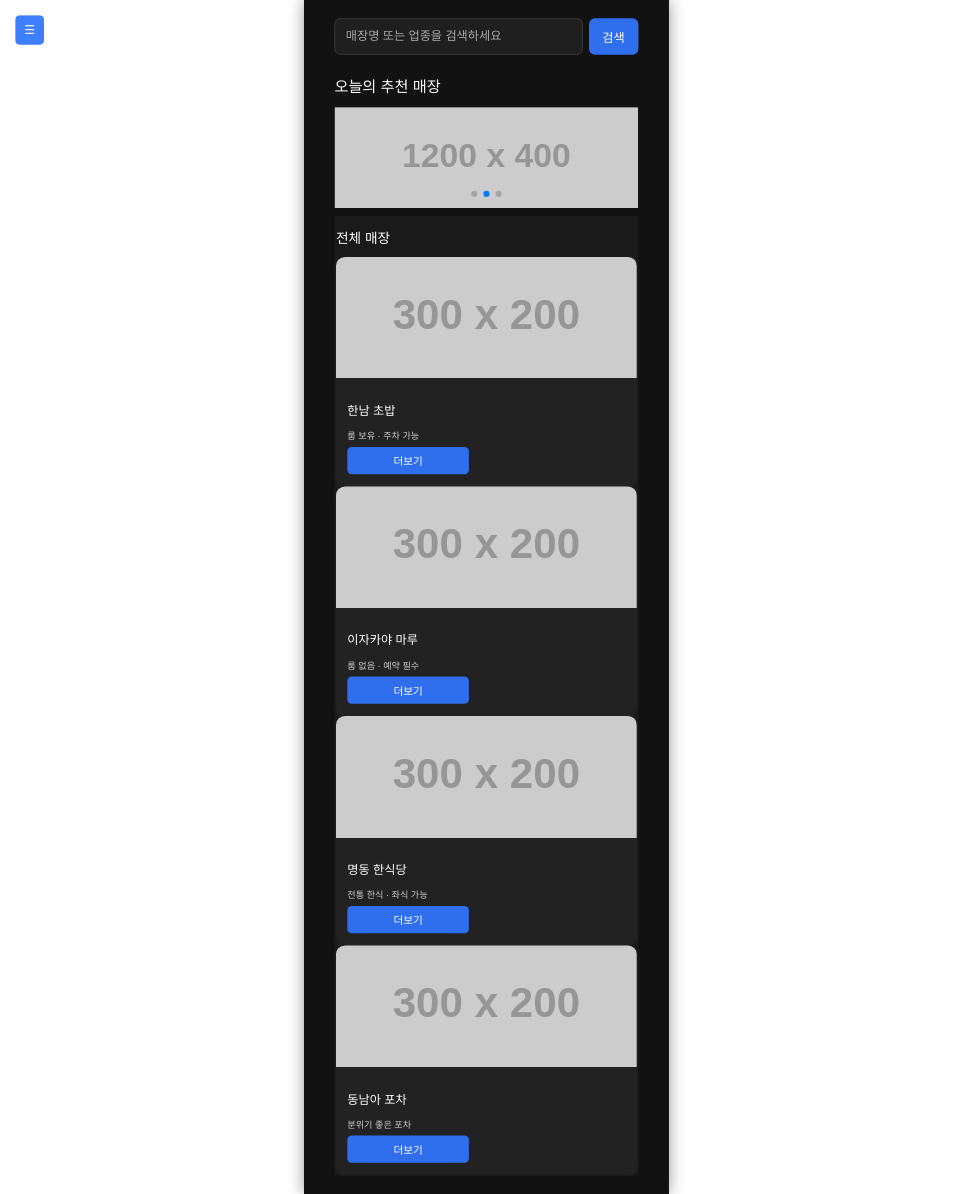
Repository: noiredex/Choplan-API
Page: / (app in choplan/frontend_main/)
These files come from the project's save history. The page is drawn as it stood at one moment and after the next save; the edit follows.
The browser window is 1280 px wide. The pictures show the whole page, at 76% of full size.
The project was rebuilt for these pictures with package versions that can differ from the ones it lists, and the page was loaded fresh each time. Also part of the build but not shown: choplan/frontend_main/vite.config.js, choplan/frontend_main/vite.config.ts, choplan/frontend_main/src/styles/StoreDetailPage.css, choplan/frontend_main/src/pages/StoreDetailPage.jsx.

Above is the page before, as saved 2025-10-29 10:33:24.

### choplan/frontend_main/index.html
<!doctype html>
<html lang="en">
  <head>
    <meta charset="UTF-8" />
    <link rel="icon" type="image/svg+xml" href="/vite.svg" />
    <meta name="viewport" content="width=device-width, initial-scale=1.0" />
    <title>frontend_main</title>
  </head>
  <body>
    <div id="root"></div>
    <script type="module" src="/src/main.jsx"></script>
  </body>
</html>

### choplan/frontend_main/src/App.jsx
import { Routes, Route } from "react-router-dom";
import HomePage from "./pages/HomePage";
import StoreDetailPage from "./pages/StoreDetailPage";
import "./App.css";

export default function App() {
  return (
    <Routes>
      <Route path="/" element={<HomePage />} />
      <Route path="/store/:id" element={<StoreDetailPage />} />
    </Routes>
  );
}

### choplan/frontend_main/src/pages/Homepage.jsx
import React, { useState } from "react";
import Sidebar from "../components/common/Sidebar";
import SearchBar from "../components/home/SearchBar";
import BannerSlider from "../components/home/BannerSlider";
import RecommendedStores from "../components/home/RecommendedStores";
import "../styles/HomePage.css";

export default function HomePage() {
  const [selectedCategory, setSelectedCategory] = useState("전체");
  const [searchQuery, setSearchQuery] = useState("");

  return (
    <div className="home-container">
      {/* 사이드바 */}
      <Sidebar
        selectedCategory={selectedCategory}
        onSelectCategory={setSelectedCategory}
        searchQuery={searchQuery}
      />

      {/* 메인 콘텐츠 */}
      <div className="main-content">
        <SearchBar onSearch={setSearchQuery} />

        {/* 추천 배너 */}
        <section className="banner-section">
          <h2>오늘의 추천 매장</h2>
          <BannerSlider />
        </section>

        {/* 매장 목록 */}
        <section className="store-section">
          <RecommendedStores
            category={selectedCategory}
            searchQuery={searchQuery}
          />
        </section>
      </div>
    </div>
  );
}

### choplan/frontend_main/src/App.css
/* ==============================
   App.css — 전역 스타일
   ============================== */

/* 기본 페이지 레이아웃 */
html, body {
  margin: 0;
  padding: 0;
  background-color: #181818; /* Soft Charcoal */
  color: #E0E0E0;
  font-family: 'Noto Sans KR', sans-serif;
  display: flex;
  justify-content: center;
}

/* 전체 앱을 중앙에 고정 (모바일 480px 기준) */
#root {
  width: 100%;
  max-width: 480px;
  min-height: 100vh;
  background-color: #1E1E1E;
  box-shadow: 0 0 20px rgba(0, 0, 0, 0.4);
  overflow-x: hidden;
  position: relative;
}

/* 스크롤바 다크모드 스타일 */
::-webkit-scrollbar {
  width: 6px;
}
::-webkit-scrollbar-track {
  background: #1a1a1a;
}
::-webkit-scrollbar-thumb {
  background: #444;
  border-radius: 4px;
}
::-webkit-scrollbar-thumb:hover {
  background: #555;
}

/* 공통 버튼 스타일 */
button {
  background-color: #3D7FFF;
  color: white;
  border: none;
  border-radius: 8px;
  padding: 10px 16px;
  cursor: pointer;
  transition: background-color 0.2s ease;
}
button:hover {
  background-color: #5596FF;
}

/* 링크 */
a {
  text-decoration: none;
  color: inherit;
}

### choplan/frontend_main/src/components/common/Sidebar.jsx
import React, { useState, useEffect } from "react";
import "../../styles/Sidebar.css";

export default function Sidebar({ selectedCategory, onSelectCategory, searchQuery }) {
  const [isOpen, setIsOpen] = useState(false);

  const categories = [
    "전체",
    "이자카야",
    "초밥",
    "한식",
    "양식",
    "중식",
    "동남아",
    "인도",
    "기타",
  ];

  // 검색어에 따라 자동 카테고리 선택
  useEffect(() => {
    if (searchQuery && searchQuery.trim() !== "") {
      const matched = categories.find((cat) => searchQuery.includes(cat));
      if (matched) onSelectCategory(matched);
    }
  }, [searchQuery]);

  return (
    <>
      {/* 햄버거 버튼 (항상 노출) */}
      <button
        className="sidebar-toggle"
        onClick={() => setIsOpen(!isOpen)}
        aria-label="메뉴 열기"
      >
        ☰
      </button>

      {/* 오버레이 (열릴 때만) */}
      {isOpen && <div className="overlay" onClick={() => setIsOpen(false)}></div>}

      {/* 세로형 사이드바 */}
      <aside className={`sidebar ${isOpen ? "open" : ""}`}>
        <ul className="sidebar-list">
          {categories.map((category, index) => (
            <li
              key={index}
              className={selectedCategory === category ? "active" : ""}
              onClick={() => {
                onSelectCategory(category);
                setIsOpen(false);
              }}
            >
              {category}
            </li>
          ))}
        </ul>
      </aside>
    </>
  );
}

### choplan/frontend_main/src/components/home/SearchBar.jsx
import React, { useState } from "react";
import "../../styles/SearchBar.css";

export default function SearchBar({ onSearch }) {
  const [query, setQuery] = useState("");

  const handleInputChange = (e) => {
    setQuery(e.target.value);
  };

  const handleSearch = (e) => {
    e.preventDefault();
    onSearch(query);
  };

  return (
    <form className="search-bar" onSubmit={handleSearch}>
      <input
        type="text"
        placeholder="매장명 또는 업종을 검색하세요"
        value={query}
        onChange={handleInputChange}
      />
      <button type="submit">검색</button>
    </form>
  );
}

### choplan/frontend_main/src/components/home/BannerSlider.jsx
import React from "react";
import { Swiper, SwiperSlide } from "swiper/react";
import { Autoplay, Pagination } from "swiper/modules";
import "swiper/css";
import "swiper/css/pagination";
import "../../styles/BannerSlider.css";

export default function BannerSlider() {
  const banners = [
    {
      id: 1,
      img: "https://placehold.co/1200x400/007bff/ffffff?text=오늘의+추천매장+1",
      alt: "추천 매장 1",
    },
    {
      id: 2,
      img: "https://placehold.co/1200x400/f07b00/ffffff?text=오늘의+추천매장+2",
      alt: "추천 매장 2",
    },
    {
      id: 3,
      img: "https://placehold.co/1200x400/008c4a/ffffff?text=오늘의+추천매장+3",
      alt: "추천 매장 3",
    },
  ];

  return (
    <div className="banner-slider-container">
      <Swiper
        modules={[Autoplay, Pagination]}
        pagination={{ clickable: true }}
        autoplay={{ delay: 4000, disableOnInteraction: false }}
        loop={true}
        spaceBetween={0}
        slidesPerView={1}
        className="banner-swiper"
      >
        {banners.map((banner) => (
          <SwiperSlide key={banner.id}>
            <img
              src={banner.img}
              alt={banner.alt}
              className="banner-image"
            />
          </SwiperSlide>
        ))}
      </Swiper>
    </div>
  );
}

### choplan/frontend_main/src/components/home/RecommendedStores.jsx
import React, { useEffect, useState } from "react";
import { useNavigate } from "react-router-dom";
import "../../styles/RecommendedStores.css";

export default function RecommendedStores({ category, searchQuery }) {
  const [stores, setStores] = useState([]);
  const navigate = useNavigate(); // 페이지 이동 훅

  // 예시 데이터 (실제 API 연결 시 이 부분 대체)
  const allStores = [
    { id: 1, name: "한남 초밥", category: "초밥", desc: "룸 보유 · 주차 가능", img: "https://placehold.co/300x200" },
    { id: 2, name: "이자카야 마루", category: "이자카야", desc: "룸 없음 · 예약 필수", img: "https://placehold.co/300x200" },
    { id: 3, name: "명동 한식당", category: "한식", desc: "전통 한식 · 좌식 가능", img: "https://placehold.co/300x200" },
    { id: 4, name: "동남아 포차", category: "동남아", desc: "분위기 좋은 포차", img: "https://placehold.co/300x200" },
  ];

  useEffect(() => {
    let filtered = allStores;

    // 검색어 반영
    if (searchQuery) {
      filtered = filtered.filter((store) =>
        store.name.toLowerCase().includes(searchQuery.toLowerCase())
      );
    }

    // 카테고리 반영
    if (category && category !== "전체") {
      filtered = filtered.filter((store) => store.category === category);
    }

    setStores(filtered);
  }, [category, searchQuery]);

  return (
    <div className="recommended-stores">
      <h2>{category ? category : "전체"} 매장</h2>

      <div className="store-grid">
        {stores.length > 0 ? (
          stores.map((store) => (
            <div className="store-card" key={store.id}>
              <img src={store.img} alt={store.name} />
              <div className="store-info">
                <h3>{store.name}</h3>
                <p>{store.desc}</p>
                <button onClick={() => navigate(`/store/${store.id}`)}>더보기</button>
              {/* 더보기 클릭시 /store/매장id 페이지로 이동 */}
              </div>
            </div>
          ))
        ) : (
          <p className="no-results">검색 결과가 없습니다.</p>
        )}
      </div>
    </div>
  );
}

### choplan/frontend_main/src/styles/HomePage.css
/* ===== 기본 구조 ===== */
.home-container {
  display: flex;
  flex-direction: row;
  align-items: stretch;
  justify-content: flex-start;
  width: 100%;
  min-height: 100vh;
  background-color: #121212; /* 다크모드 배경 */
  overflow: hidden;
  box-sizing: border-box;
  color: #f0f0f0;
}

/* ===== 메인 콘텐츠 ===== */
.main-content {
  flex: 1;
  display: flex;
  flex-direction: column;
  justify-content: flex-start;
  align-items: stretch;
  padding: 24px 40px;
  overflow-y: auto;
  transition: all 0.3s ease;
}

/* ===== 검색바 ===== */
.search-bar {
  margin-bottom: 10px; /* 기존보다 10px 줄임 */
}

/* ===== 베너 섹션 ===== */
.benner-section {
  text-align: center;
  margin-top: 10px; /* 기존보다 10px 줄임 */
  margin-bottom: 20px; /* 아래 ‘전체매장’ 간격 줄임 */
  display: flex;
  flex-direction: column;
  align-items: center;
}

.banner-section h2 {
  font-size: 20px; /* 기존 24px → 20px */
  font-weight: 700;
  color: #ffffff;
  margin-bottom: 12px;
}

.banner-section .swiper-container {
  width: 100%;
  max-width: 1200px;
  aspect-ratio: 16 / 9;
  border-radius: 12px;
  overflow: hidden;
  object-fit: cover;
  height: auto !important;
  flex-shrink: 0;
}

.banner-section .swiper-slide img {
  width: 100%;
  height: 100%;
  object-fit: cover;
  display: block;
}

/* ===== 추천 매장 섹션 ===== */
.store-section {
  width: 100%;
  margin-top: 10px; /* 기존보다 10px 줄임 */
  flex-grow: 1;
}

/* 반응형 대응 */
@media (max-width: 1024px) {
  .banner-section h2 {
    font-size: 18px;
  }
}

### choplan/frontend_main/src/styles/Sidebar.css
/* ==============================
   Sidebar.css — 카테고리 & 햄버거 버튼
   ============================== */

/* ===== 사이드바 전체 ===== */
.sidebar {
  position: fixed;
  top: 0;
  left: 0;
  width: 220px;
  height: 100%;
  background: #202020; /* Soft Charcoal */
  border-right: 1px solid #2c2c2c;
  overflow-y: auto;
  transform: translateX(-100%);
  transition: transform 0.3s ease-in-out;
  z-index: 1000;
}

/* 열렸을 때 */
.sidebar.open {
  transform: translateX(0);
}

/* ===== 햄버거 버튼 ===== */
.sidebar-toggle {
  position: fixed;
  top: 20px;
  left: 20px;
  z-index: 1100;
  background: #3D7FFF;
  color: white;
  border: none;
  border-radius: 6px;
  padding: 10px 12px;
  font-size: 16px;
  cursor: pointer;
  transition: background 0.2s ease;
}

.sidebar-toggle:hover {
  background: #5596FF;
}

/* ===== 카테고리 리스트 ===== */
.sidebar-list {
  list-style: none;
  margin: 70px 0 0 0; /* 버튼 아래쪽 여백 확보 */
  padding: 0;
  display: flex;
  flex-direction: column;
}

.sidebar-list li {
  padding: 14px 18px;
  color: #E0E0E0;
  font-size: 15px;
  cursor: pointer;
  border-bottom: 1px solid #2b2b2b;
  transition: all 0.2s ease;
}

.sidebar-list li:hover {
  background-color: #2a2a2a;
}

.sidebar-list li.active {
  background-color: #3D7FFF;
  color: #fff;
  font-weight: 600;
}

/* “전체” 항목 상단 고정 */
.sidebar-list li:first-child {
  position: sticky;
  top: 0;
  background: #202020;
  z-index: 3;
  font-weight: bold;
  border-bottom: 1px solid #2c2c2c;
}

/* ===== 스크롤바 ===== */
.sidebar-list::-webkit-scrollbar {
  width: 6px;
}
.sidebar-list::-webkit-scrollbar-thumb {
  background: #333;
  border-radius: 3px;
}
.sidebar-list::-webkit-scrollbar-thumb:hover {
  background: #444;
}

/* ===== 반응형 ===== */
@media (max-width: 1024px) {
  .sidebar {
    width: 220px;
  }
}

@media (max-width: 600px) {
  .sidebar {
    width: 200px;
  }

  .sidebar-list li {
    font-size: 14px;
    padding: 12px 14px;
  }

  .sidebar-toggle {
    padding: 8px 10px;
    font-size: 14px;
    top: 15px;
    left: 15px;
  }
}

### choplan/frontend_main/src/styles/SearchBar.css
.search-bar {
  display: flex;
  align-items: center; /* 세로 중앙 정렬 */
  justify-content: center;
  width: 100%;
  max-width: 600px;
  margin: 0 auto;
}

.search-bar input {
  flex: 1;
  height: 48px; /* 버튼과 동일 높이 */
  padding: 0 14px;
  border: 1px solid #444;
  border-radius: 8px;
  background-color: #1f1f1f;
  color: #f0f0f0;
  font-size: 16px;
  outline: none;
  box-sizing: border-box;
}

.search-bar input::placeholder {
  color: #aaa;
}

.search-bar button {
  height: 48px; /* input과 완전 동일 높이 */
  padding: 0 18px;
  border: none;
  background-color: #2f6fed;
  color: white;
  font-size: 16px;
  border-radius: 8px;
  margin-left: 8px; /* input과의 간격 */
  cursor: pointer;
  transition: background-color 0.2s ease;
}

.search-bar button:hover {
  background-color: #1d56c4;
}

### choplan/frontend_main/src/styles/BannerSlider.css
/* ==============================
   BannerSlider.css — 자동 슬라이드 배너
   ============================== */

/* ===== 배너 전체 ===== */
.banner-slider {
  position: relative;
  width: 100%;
  max-width: 440px;
  margin: 0 auto;
  border-radius: 12px;
  overflow: hidden;
  background-color: #2A2A2A;
  box-shadow: 0 4px 10px rgba(0, 0, 0, 0.3);
}

/* ===== 슬라이드 이미지 ===== */
.banner-slide {
  width: 100%;
  aspect-ratio: 16 / 9;
  display: flex;
  align-items: center;
  justify-content: center;
  background-color: #1E1E1E;
}

.banner-slide img {
  width: 100%;
  height: 100%;
  object-fit: cover;
  display: block;
}

/* ===== 인디케이터 점 ===== */
.banner-indicators {
  position: absolute;
  bottom: 12px;
  left: 50%;
  transform: translateX(-50%);
  display: flex;
  gap: 6px;
  z-index: 10;
}

.indicator {
  width: 8px;
  height: 8px;
  background-color: rgba(255, 255, 255, 0.4);
  border-radius: 50%;
  cursor: pointer;
  transition: background-color 0.3s;
}

.indicator.active {
  background-color: #3D7FFF;
}

/* ===== 슬라이드 전환 효과 ===== */
.swiper-slide {
  transition: transform 0.6s ease-in-out;
}

/* ===== 반응형 ===== */
@media (min-width: 1025px) {
  body {
    display: flex;
    justify-content: center;
    background-color: #181818;
  }

  #root {
    width: 480px;
  }

  .banner-slider {
    max-width: 480px;
  }
}

@media (max-width: 600px) {
  .banner-slider {
    max-width: 95%;
  }

  .banner-indicators {
    bottom: 8px;
  }

  .indicator {
    width: 7px;
    height: 7px;
  }
}

### choplan/frontend_main/src/styles/RecommendedStores.css
/* ===== 컨테이너 ===== */
.recommended-stores {
  padding: 2px;
  background: #1a1a1a;
}

/* ===== 섹션 제목 ===== */
.recommended-stores h2 {
  font-size: 18px; /* ‘오늘의 추천 매장’과 동일한 크기 */
  margin-bottom: 10px;
  font-weight: 600;
  color: #ffffff;
}

/* ===== 매장 카드 그리드 ===== */
.store-grid {
  display: grid;
  gap: 1px;
  width: 100%;
  max-width: 1200px;
  margin: 0 auto;
  grid-template-columns: repeat(auto-fit, minmax(280px, 1fr));
  transition: all 0.3s ease;
}

/* ===== 매장 카드 ===== */
.store-card {
  background: #222;
  border-radius: 12px;
  overflow: hidden;
  box-shadow: 0 2px 6px rgba(255, 255, 255, 0.05);
  display: flex;
  flex-direction: column;
  transition: transform 0.2s ease;
}

.store-card:hover {
  transform: translateY(-3px);
}

.store-card img {
  width: 100%;
  height: 160px;
  object-fit: cover;
}

.store-info {
  padding: 15px;
}

.store-info h3 {
  font-size: 16px;
  margin-bottom: 6px;
  color: #fff;
}

.store-info p {
  font-size: 12px;
  color: #ccc;
  margin-bottom: 5px;
}

.store-info button {
  width: 100%;
  max-width: 160px;
  padding: 8px 0;
  border: none;
  background-color: #2f6fed;
  color: white;
  font-size: 14px;
  border-radius: 6px;
  cursor: pointer;
  transition: background-color 0.2s ease;
}

.store-info button:hover {
  background-color: #1d56c4;
}

Loaded but not shown: choplan/frontend_main/src/main.jsx (common file); choplan/frontend_main/src/index.css (common file)

After the next save:
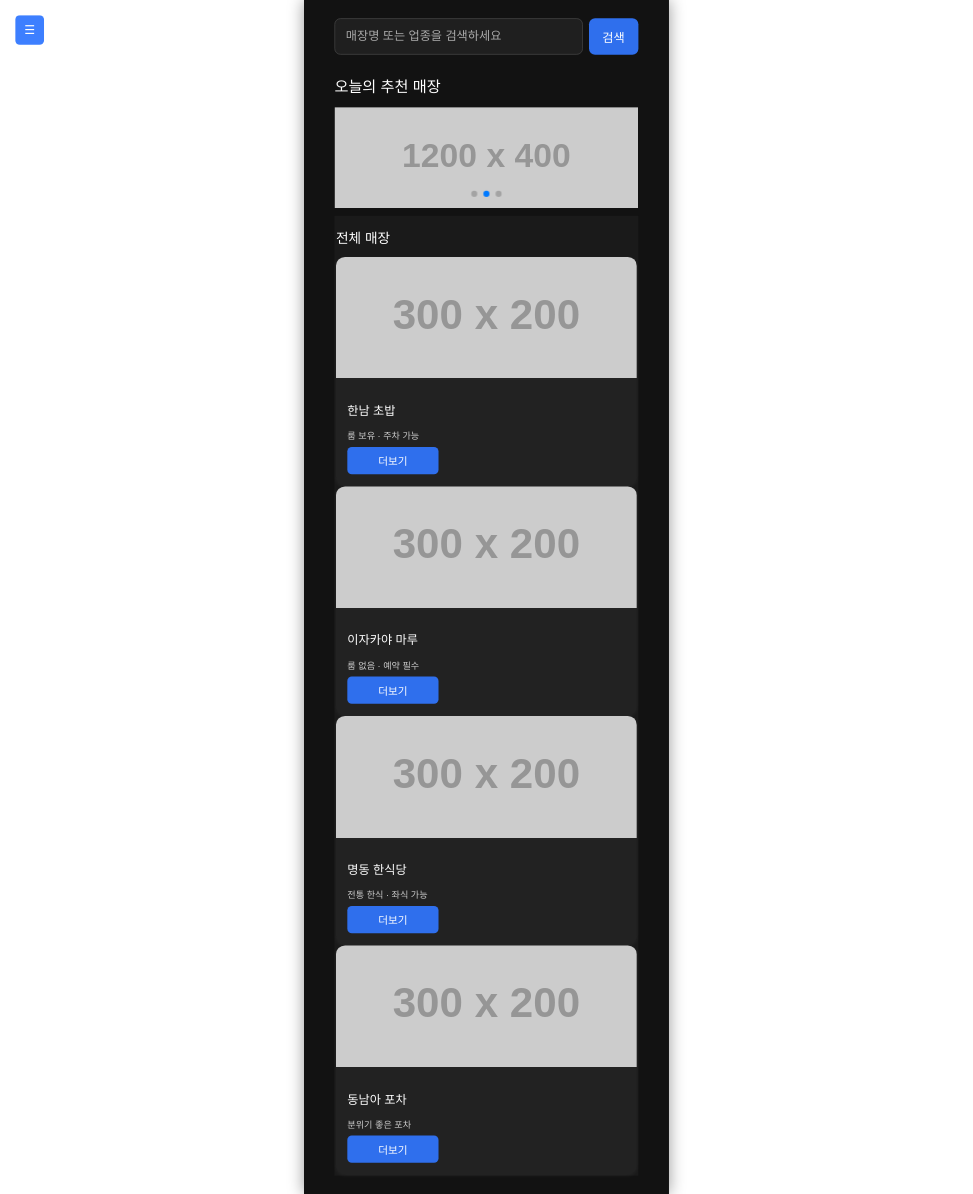
Saved 29 s later.
--- a/choplan/frontend_main/src/styles/RecommendedStores.css
+++ b/choplan/frontend_main/src/styles/RecommendedStores.css
@@ -62,7 +62,7 @@
 
 .store-info button {
   width: 100%;
-  max-width: 160px;
+  max-width: 120px;
   padding: 8px 0;
   border: none;
   background-color: #2f6fed;
